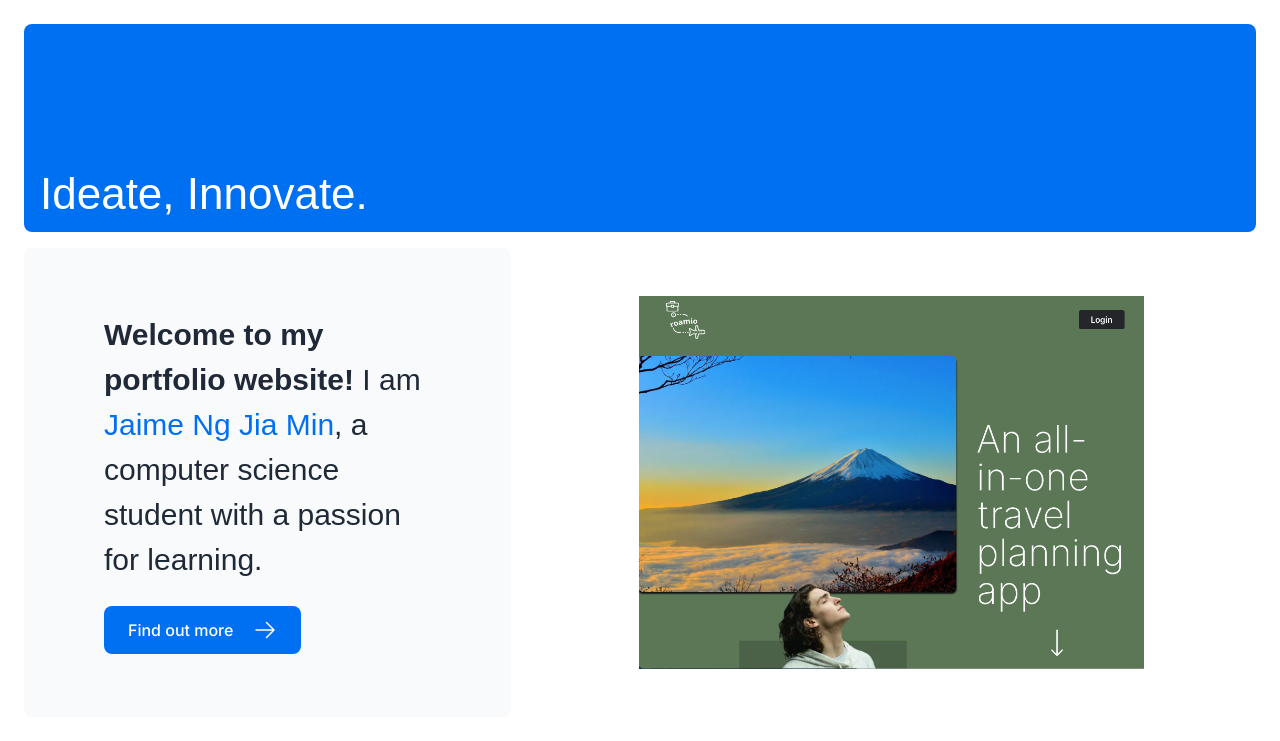
Repository: ThatGirlJam/jaime-portfolio
Page: /
These files come from the project's save history. The page is drawn as it stood at one moment and after the next save; the edit follows.
The browser window is 1280 px wide. The pictures show the whole page.
Some web fonts or font styles are not loaded; a fallback is used. The project was rebuilt for these pictures with package versions that can differ from the ones it lists, and the page was loaded fresh each time. The framework's server and built-in components were replaced by stand-ins that run in the browser. Also part of the build but not shown: next.config.js.

Above is the page before, as saved 2024-04-09 21:17:51.

### app/page.tsx
import AcmeLogo from '@/app/ui/acme-logo';
import { ArrowRightIcon } from '@heroicons/react/24/outline';
import Link from 'next/link';
import { lusitana } from '@/app/ui/fonts';
import Image from 'next/image';

export default function Page() {
  const imageStyle = {
    borderRadius: '50%',
    border: '1px solid #fff',
  };

  return (
    <main className="flex min-h-screen flex-col p-6">
      <div className="flex h-20 shrink-0 items-end rounded-lg bg-blue-500 p-4 md:h-52">
        <AcmeLogo />
      </div>
      <div className="mt-4 flex grow flex-col gap-4 md:flex-row">
        <div className="flex flex-col justify-center gap-6 rounded-lg bg-gray-50 px-6 py-10 md:w-2/5 md:px-20">
          <p
            className={`${lusitana.className} text-xl text-gray-800 md:text-3xl md:leading-normal`}
          >
            <strong>Welcome to my portfolio website!</strong> I am{' '}
            <a
              href="https://www.linkedin.com/in/jaime-ng-jm"
              target="_blank"
              className="text-blue-500"
            >
              Jaime Ng Jia Min
            </a>
            , a computer science student with a passion for learning.
          </p>
          <Link
            href="/dashboard"
            className="flex items-center gap-5 self-start rounded-lg bg-blue-500 px-6 py-3 text-sm font-medium text-white transition-colors hover:bg-blue-400 md:text-base"
          >
            <span>Find out more</span> <ArrowRightIcon className="w-5 md:w-6" />
          </Link>
        </div>
        <div className="flex items-center justify-center p-6 md:w-3/5 md:px-28 md:py-12">
          {/* Add Hero Images Here */}
          <Image
            src="/hero-desktop-roamio.png"
            width={961}
            height={710}
            className="hidden md:block"
            alt="Screenshots of the dashboard project showing desktop version"
          />
          <Image
            src="/hero-mobile.png"
            width={560}
            height={620}
            className="block md:hidden"
            style={imageStyle}
            alt="Screenshots of the dashboard project showing mobile version"
          />
        </div>
      </div>
    </main>
  );
}

### app/ui/fonts.ts
import { Inter } from 'next/font/google';
import { Lusitana } from 'next/font/google';

export const inter = Inter({ subsets: ['latin'] });

export const lusitana = Lusitana({
  weight: ['400', '700'],
  subsets: ['latin'],
});

### app/ui/acme-logo.tsx
import { lusitana } from '@/app/ui/fonts';

export default function AcmeLogo() {
  return (
    <div
      className={`${lusitana.className} flex flex-row items-center leading-none text-white`}
    >
      <p className="text-[44px]">Ideate, Innovate.</p>
    </div>
  );
}

Loaded but not shown: app/layout.tsx (common file); app/ui/global.css (common file); tailwind.config.ts (common file)

After the next save:
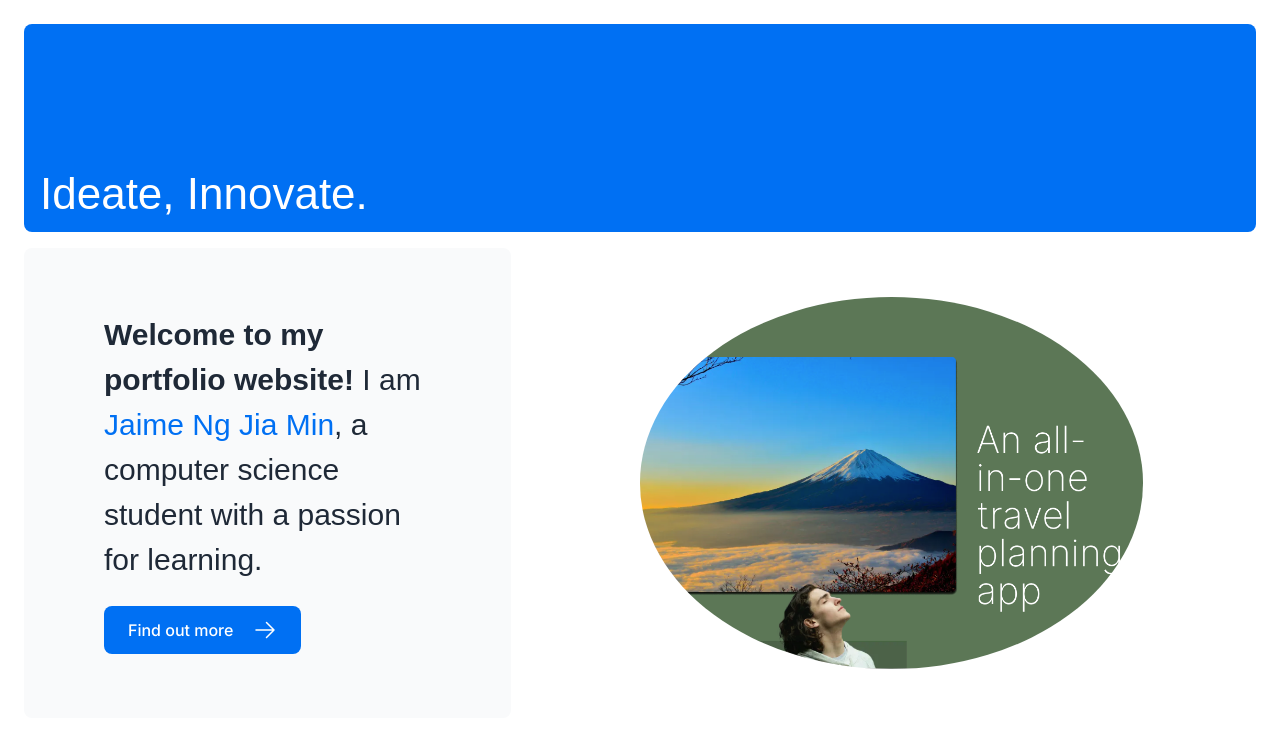
Saved 56 s later.
--- a/app/page.tsx
+++ b/app/page.tsx
@@ -44,6 +44,7 @@ export default function Page() {
             width={961}
             height={710}
             className="hidden md:block"
+            style={imageStyle}
             alt="Screenshots of the dashboard project showing desktop version"
           />
           <Image
@@ -51,7 +52,6 @@ export default function Page() {
             width={560}
             height={620}
             className="block md:hidden"
-            style={imageStyle}
             alt="Screenshots of the dashboard project showing mobile version"
           />
         </div>
